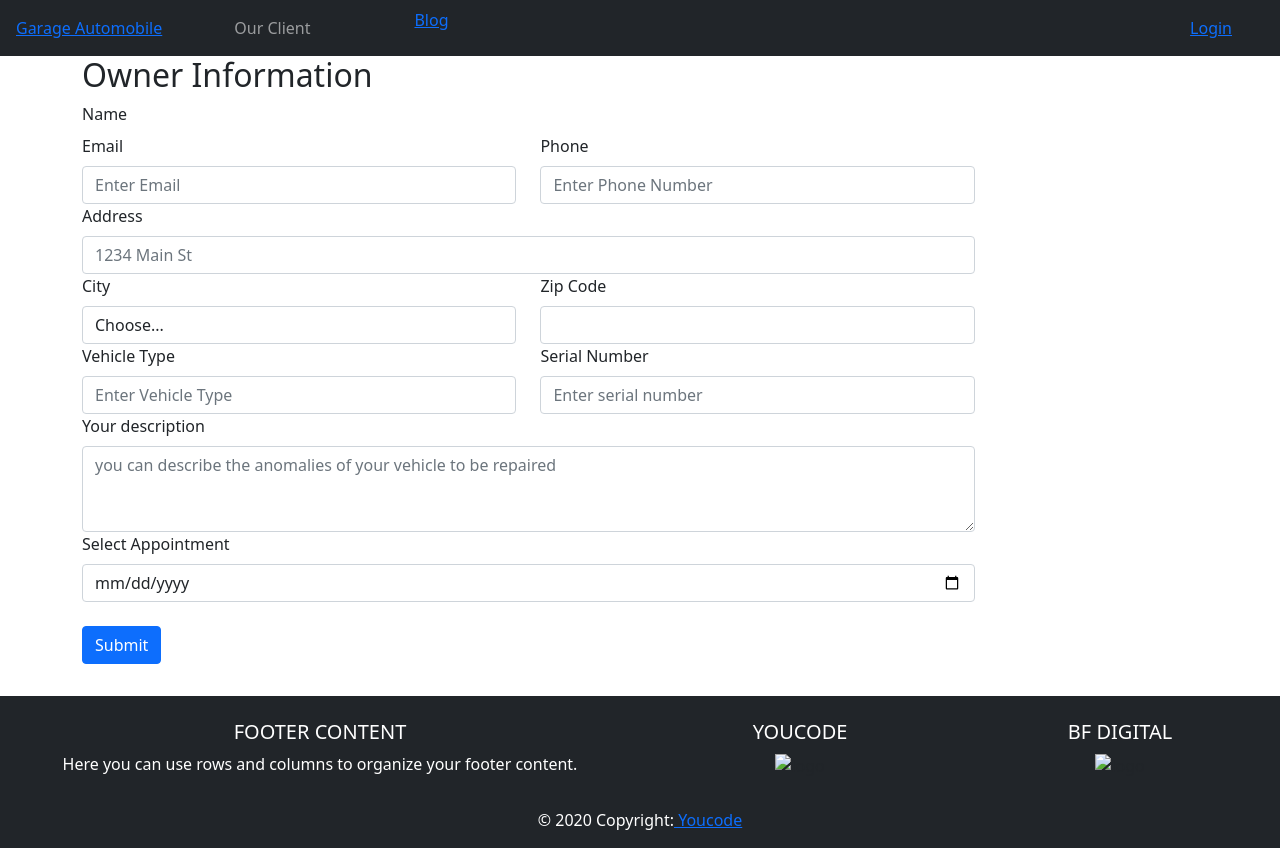
Repository: abdelhak-f/Fil-Rouge
Page: /FormGarage (app in client/)
These files come from the project's save history. The page is drawn as it stood at one moment and after the next save; the edit follows.
The browser window is 1280 px wide. The pictures show the whole page.
The project was rebuilt for these pictures with package versions that can differ from the ones it lists, and the page was loaded fresh each time. Also part of the build but not shown: client/src/components/Text.jsx, client/src/components/forms/FirstFrontForm.jsx, client/src/components/Body.jsx, client/src/components/Blog.jsx, client/src/components/loged/login/Login.jsx, client/src/components/loged/register/Register.jsx.

Above is the page before, as saved 2021-09-12 13:52:06.

### client/public/index.html
<!DOCTYPE html>
<html lang="en">
  <head>
    <meta charset="utf-8" />
    <link rel="icon" href="%PUBLIC_URL%/favicon.ico" />
    <meta name="viewport" content="width=device-width, initial-scale=1" />
    <meta name="theme-color" content="#000000" />
    <meta
      name="description"
      content="Web site created using create-react-app"
    />
    <!--   import bootstrao  -->
    <link
  rel="stylesheet"
  href="https://cdn.jsdelivr.net/npm/bootstrap@5.1.0/dist/css/bootstrap.min.css"
  integrity="sha384-KyZXEAg3QhqLMpG8r+8fhAXLRk2vvoC2f3B09zVXn8CA5QIVfZOJ3BCsw2P0p/We"
  crossorigin="anonymous"
  />

    <link rel="apple-touch-icon" href="%PUBLIC_URL%/logo192.png" />
    <!--
      manifest.json provides metadata used when your web app is installed on a
      user's mobile device or desktop. See https://developers.google.com/web/fundamentals/web-app-manifest/
    -->
    <link rel="manifest" href="%PUBLIC_URL%/manifest.json" />
    <!--
      Notice the use of %PUBLIC_URL% in the tags above.
      It will be replaced with the URL of the `public` folder during the build.
      Only files inside the `public` folder can be referenced from the HTML.

      Unlike "/favicon.ico" or "favicon.ico", "%PUBLIC_URL%/favicon.ico" will
      work correctly both with client-side routing and a non-root public URL.
      Learn how to configure a non-root public URL by running `npm run build`.
    -->
    <title>React App</title>
  </head>
  <body>
    <noscript>You need to enable JavaScript to run this app.</noscript>
    <div id="root"></div>
    <!--
      This HTML file is a template.
      If you open it directly in the browser, you will see an empty page.

      You can add webfonts, meta tags, or analytics to this file.
      The build step will place the bundled scripts into the <body> tag.

      To begin the development, run `npm start` or `yarn start`.
      To create a production bundle, use `npm run build` or `yarn build`.
    -->
  </body>
</html>

### client/src/index.js
import React from 'react';
import ReactDOM from 'react-dom';
import './index.css';
import App from './App';
import reportWebVitals from './reportWebVitals';

// import bootstrap
import 'bootstrap/dist/css/bootstrap.min.css';

ReactDOM.render(
  <React.StrictMode>
    <App />
  </React.StrictMode>,
  document.getElementById('root')
);

// If you want to start measuring performance in your app, pass a function
// to log results (for example: reportWebVitals(console.log))
// or send to an analytics endpoint. Learn more: https://bit.ly/CRA-vitals
reportWebVitals();

### client/src/App.js
// import './App.css';
import React from 'react';

import Navbar from './components/Nnavbar';
import Body from './components/Body';
import Footer from './components/Footer';
import Blog from './components/Blog';
import FormGarage from './components/forms/FormGarage'
import Login from './components/loged/login/Login';
import Register from './components/loged/register/Register';

import { BrowserRouter as Router, Switch, Route } from 'react-router-dom';






function App() {
  return (


    <>
<Router>

     <Navbar />




    <Switch>
    <Route  path="/" exact component={Body} />
    <Route  path="/Blog" component={Blog} />
    <Route  path="/FormGarage" component={FormGarage} />
    <Route  path="/login" component={Login} />
    <Route  path="/register" component={Register} />
    </Switch>

    <Footer/>
</Router>
    </>

  );
}

export default App;

### client/src/components/Nnavbar.jsx
import React from 'react';
import { NavLink } from 'react-router-dom';

import * as ReactBootstrap from 'react-bootstrap';









function Navbar() {
    return(
      <>

            <ReactBootstrap.Navbar className="mb-5" collapseOnSelect expand="lg" bg="dark" variant="dark" fixed="top">

 <NavLink className="mx-3" to="/">Garage Automobile</NavLink>
 <ReactBootstrap.Navbar.Toggle aria-controls="responsive-navbar-nav" />
 <ReactBootstrap.Navbar.Collapse id="responsive-navbar-nav">
   <ReactBootstrap.Nav className="me-auto">
     <ReactBootstrap.Nav.Link className="mx-5" href="#features">Our Client</ReactBootstrap.Nav.Link>
     <NavLink  className="px-5" to="/blog">Blog</NavLink>
     {/* <ReactBootstrap.NavDropdown title="Dropdown" id="collasible-nav-dropdown">
       <ReactBootstrap.NavDropdown.Item href="#action/3.1">Action</ReactBootstrap.NavDropdown.Item>
       <ReactBootstrap.NavDropdown.Item href="#action/3.2">Another action</ReactBootstrap.NavDropdown.Item>
       <ReactBootstrap.NavDropdown.Item href="#action/3.3">Something</ReactBootstrap.NavDropdown.Item>
       <ReactBootstrap.NavDropdown.Divider />
       <ReactBootstrap.NavDropdown.Item href="#action/3.4">Separated link</ReactBootstrap.NavDropdown.Item>
     </ReactBootstrap.NavDropdown> */}
   </ReactBootstrap.Nav>
   <ReactBootstrap.Nav>
     <NavLink  className="px-5"  to="/login"> Login</NavLink>
     {/* <ReactBootstrap.Nav.Link eventKey={2} href="#memes">
       Admin
     </ReactBootstrap.Nav.Link> */}
   </ReactBootstrap.Nav>
 </ReactBootstrap.Navbar.Collapse>

</ReactBootstrap.Navbar>





</>

    )
}

export default Navbar ;

### client/src/components/Footer.jsx
import React from "react";


function Footer () {
    return(
<footer  className="pt-4 page-footer font-small blue bg-dark ">
    <div className="text-center container-fluid text-md-left ">
        <div className="row">
            <div className="mt-3 text-white col-md-6 mt-md-0">
                <h5 className=" text-uppercase">Footer Content</h5>
                <p >Here you can use rows and columns to organize your footer content.</p>
            </div>

            <hr className="clearfix pb-0 w-100 d-md-none"/>

            <div className="mb-3 col-md-3 mb-md-0">
                <h5 className="text-white text-uppercase">Youcode</h5>
                <img src="" alt="logo" width={300} /></div>

            <div className="mb-3 col-md-3 mb-md-0">
                <h5 className="text-white text-uppercase " >BF Digital</h5>
                <img src="" alt="logo" width={300} />
            </div>
        </div>
    </div>

    <div className="py-3 text-center text-white footer-copyright " >© 2020 Copyright:
        <a href="https://www.youcode.ma/"> Youcode</a>
    </div>

</footer>
)

}

export default Footer

### client/src/components/forms/FormGarage.jsx
import React from 'react'
import {Form, Container,Jumbotron, Button, Row, Col,} from 'react-bootstrap';
import '../css/style.css';

function FormGarage() {
    return (

        <Container className="mt-5 mb-3 form-inline">

            {/* <Col md={{ span: 7, offset: 3 }}> */}
              <Jumbotron>
                <Form className="form-inline">
                  <Form.Group>
                    <h2>Owner Information</h2>
                    <Form.Label>Name</Form.Label>
                    {/* <Row>
                      <Col>
                        <Form.Control placeholder="First Name"></Form.Control>
                        <Form.Control.Feedback type="invalid">
                              Please choose a username.
                        </Form.Control.Feedback>
                      </Col>
                      <Col>
                        <Form.Control placeholder="Last Name"></Form.Control>
                        <Form.Control.Feedback type="invalid">
                                Please choose a username.
                        </Form.Control.Feedback>
                      </Col>
                    </Row> */}
                  </Form.Group>
                  <Row>
                    <Form.Group as={Col} controlId="formGridEmail">
                      <Form.Label>Email</Form.Label>
                      <Form.Control type="email" placeholder="Enter Email" />
                    </Form.Group>
                    <Form.Group as={Col} controlId="formGridTel">
                      <Form.Label>Phone</Form.Label>
                      <Form.Control
                        type="telephone"
                        placeholder="Enter Phone Number"
                      />
                    </Form.Group>
                  </Row>
                  <Form.Group controlId="formGridAddress1">
                    <Form.Label>Address</Form.Label>
                    <Form.Control placeholder="1234 Main St" />
                  </Form.Group>

                  <Row>

                    <Form.Group as={Col} controlId="formGridState">
                      <Form.Label>City</Form.Label>
                      <Form.Control as="select">
                        <option>Choose...</option>
                        <option>Youssoufia</option>
                        <option>Safi</option>
                        <option>Marrakech</option>
                        <option>Agadir</option>
                        <option>Casablanca</option>
                        <option>Rabat</option>
                      </Form.Control>
                    </Form.Group>
                    <Form.Group as={Col} controlId="formGridCityZip">
                      <Form.Label>Zip Code</Form.Label>
                      <Form.Control />
                    </Form.Group>
                  </Row>
                  <Row>
                    <Form.Group as={Col} controlId="formGridEmail">
                      <Form.Label>Vehicle Type</Form.Label>
                      <Form.Control type="text" placeholder="Enter Vehicle Type" />
                    </Form.Group>
                    <Form.Group as={Col} controlId="formGridTel">
                      <Form.Label>Serial Number</Form.Label>
                      <Form.Control
                        type="number"
                        placeholder="Enter serial number"
                      />
                    </Form.Group>
                  </Row>
                  <Row>
                    <Form.Group className="" controlId="exampleForm.ControlTextarea1">
                      <Form.Label>Your description</Form.Label>
                      <Form.Control as="textarea" rows={3}
                        placeholder="you can describe the anomalies of your vehicle to be repaired"
                      />
                    </Form.Group>
                    <Form.Group as={Col} >
                    <Form.Label>Select Appointment</Form.Label>
                    <Form.Control
                      type="date"
                      // value={date}
                      // onChange={this.setDate}
                    />
                  </Form.Group>
                  {/* <Form.Group as={Col} >
                      <Form.Label>Choose a garagiste</Form.Label>
                      <Form.Control type="text" as="select" >
                       <option>Choose...</option>
                       </Form.Control>

                    </Form.Group> */}
                  </Row>
                  <br />


                  <Button className="mb-3"
                   variant="primary" type="submit">
                     Submit
                 </Button>

                </Form>
              </Jumbotron>
            {/* </Col> */}


        </Container>

    )
}

export default FormGarage

### client/src/components/css/style.css

.Blog {
    margin-top: 5rem;
    margin-bottom: 5rem;
  }
  .Login{
    margin-top: 5rem;
    margin-bottom: 5rem;
    margin-left: 25%;
    margin-right: 25%;
  }

  .form-inline {
      margin-top:  5%;
      width: 80%;
      height: 5%;
  }
  .btn{
      margin-bottom: 23%;
  }

  .owner{
      margin-top: 5rem;
  }

Loaded but not shown: client/src/index.css (common file); client/src/reportWebVitals.js (common file)

After the next save:
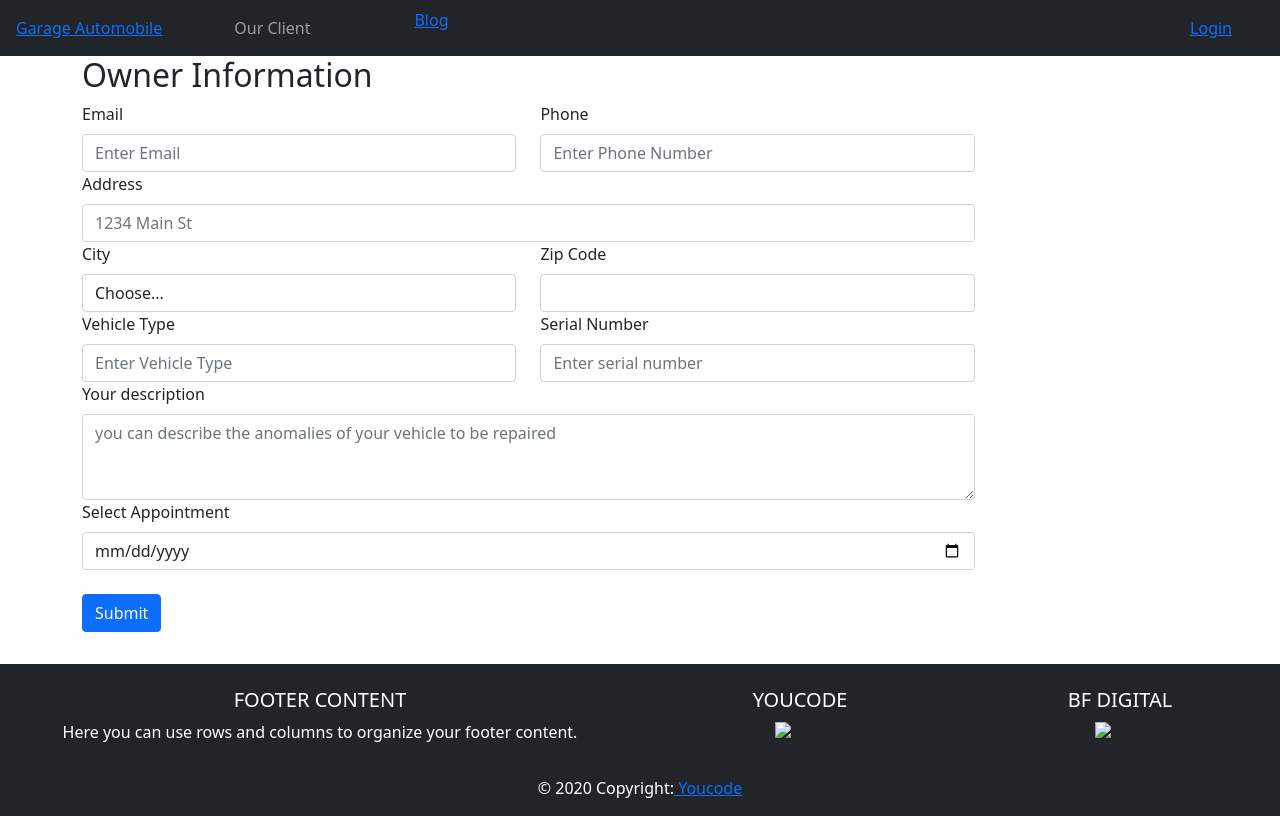
Saved 15 s later.
--- a/client/src/components/forms/FormGarage.jsx
+++ b/client/src/components/forms/FormGarage.jsx
@@ -12,7 +12,7 @@ function FormGarage() {
                 <Form className="form-inline">
                   <Form.Group>
                     <h2>Owner Information</h2>
-                    <Form.Label>Name</Form.Label>
+                    {/* <Form.Label>Name</Form.Label> */}
                     {/* <Row>
                       <Col>
                         <Form.Control placeholder="First Name"></Form.Control>
